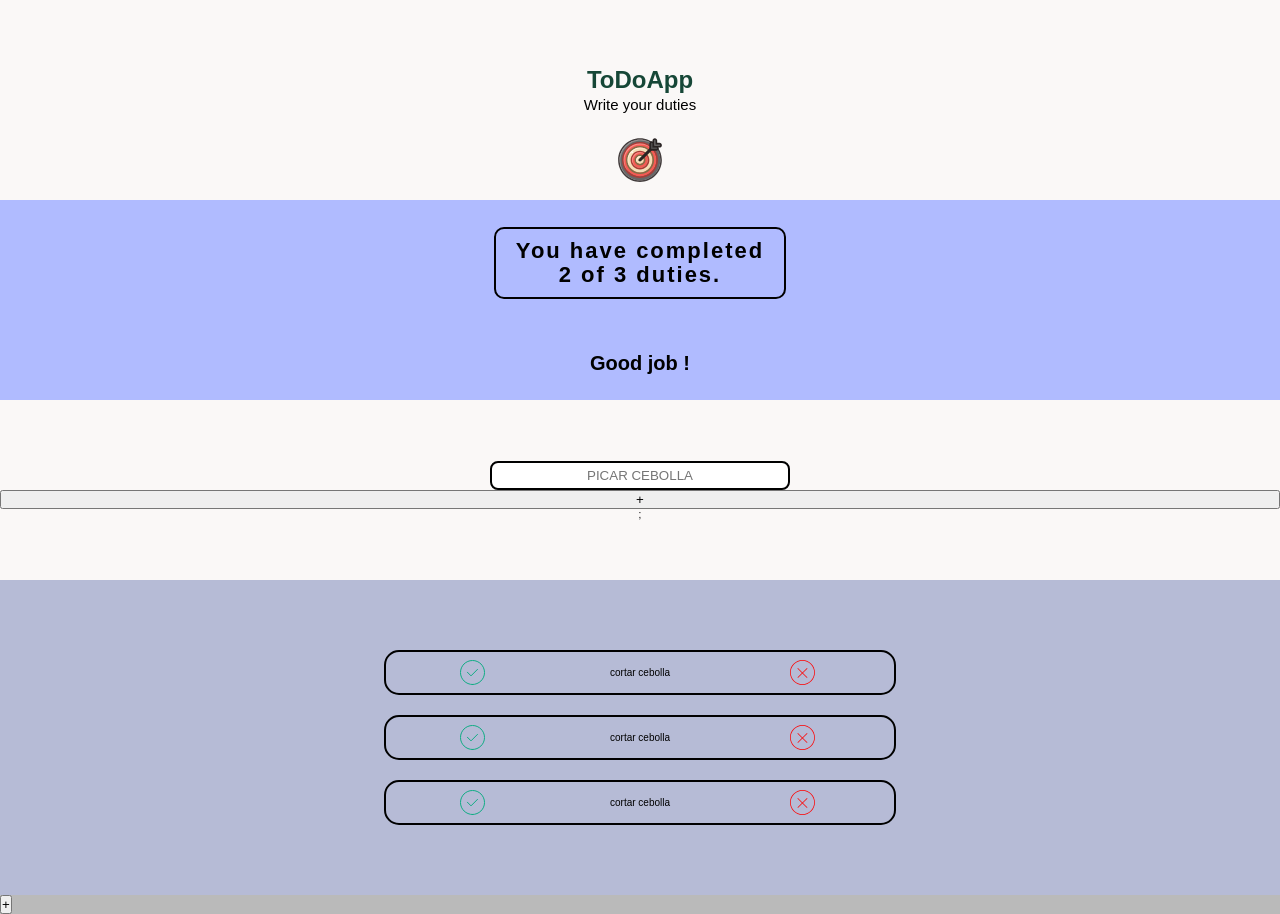
Repository: ChristianGecchelin/to-do-app
Page: /
The author's editor kept a copy of each file at every save. The page is drawn from the files as they stood at one save, then again after the next save.
The browser window is 1280 px wide. The pictures show the whole page.
The project was rebuilt for these pictures with package versions that can differ from the ones it lists, and the page was loaded fresh each time.

Above is the page before, as saved 2022-01-12 15:39:38.

After the next save:
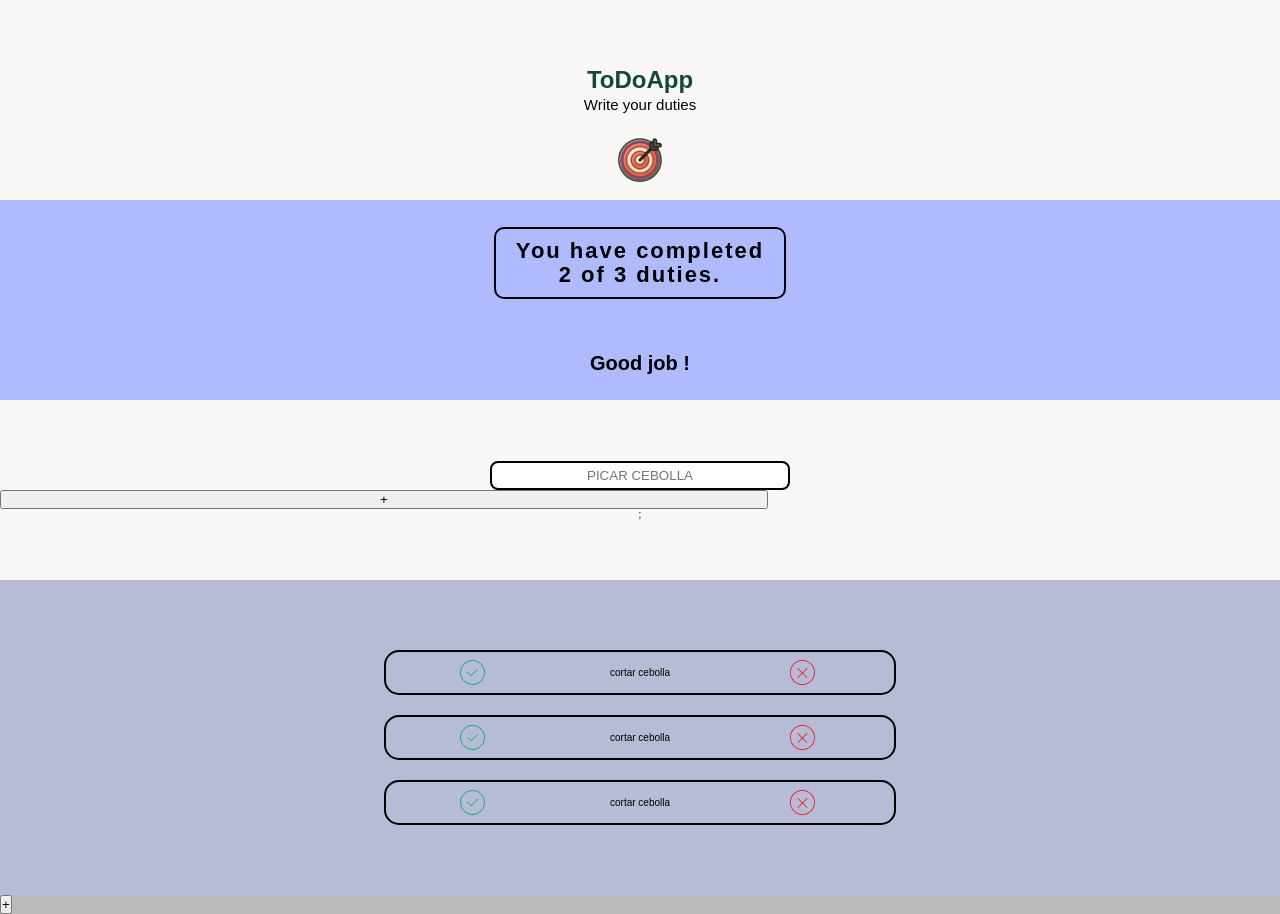
Saved 23 s later.
--- a/src/styles/ToDoSearch.css
+++ b/src/styles/ToDoSearch.css
@@ -18,6 +18,9 @@
   text-align: center;
   padding: 5px 20px;
 }
+.search-button {
+  width: 60%;
+}
 .search-input:focus {
   outline: none;
   border: 2px solid green;
